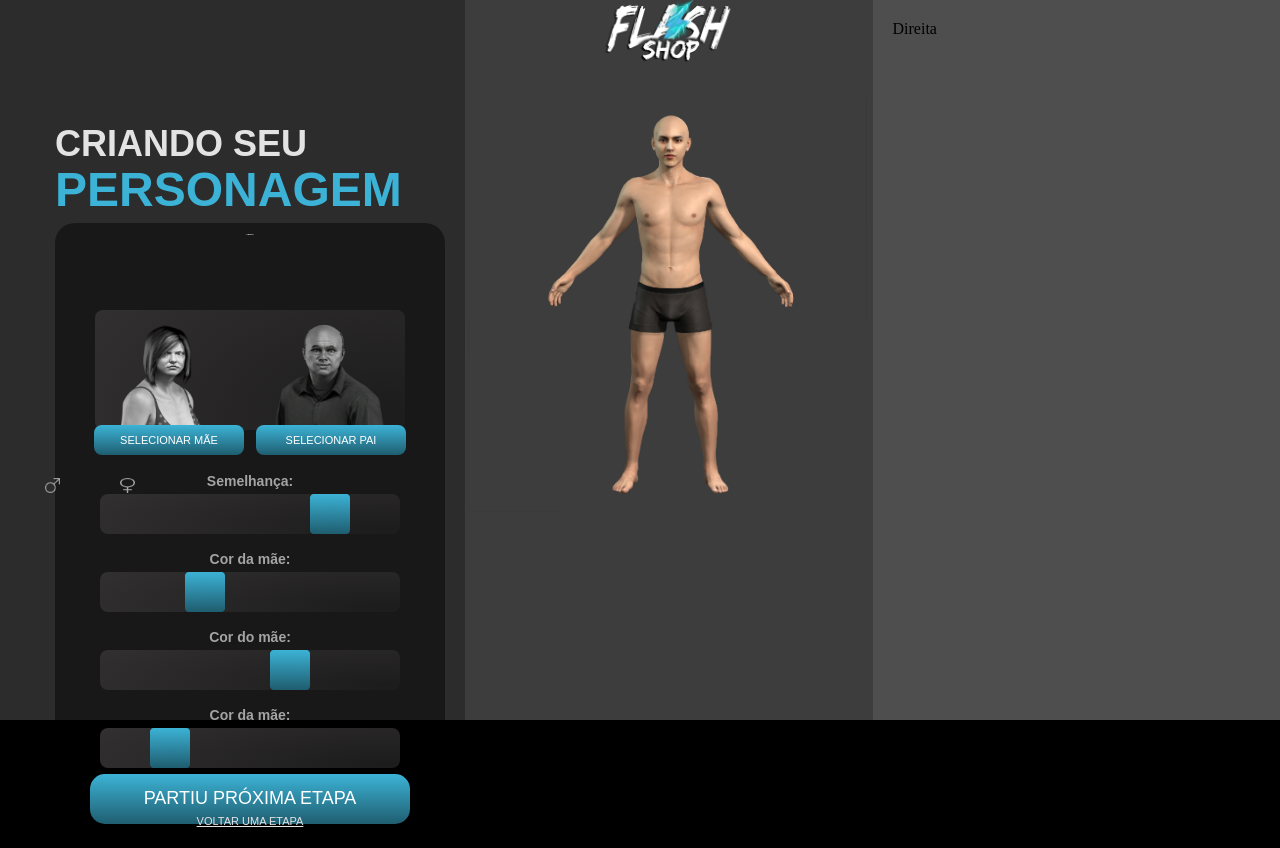
Repository: DuMCorrea/CriandoPerso
Page: index.html
An editor plug-in stored every save of this project. The page is shown before and after the next save, followed by the edit.
The browser window is 1280 px wide. The pictures show the whole page.

Above is the page before, as saved 2024-08-29 16:18:59.

After the next save:
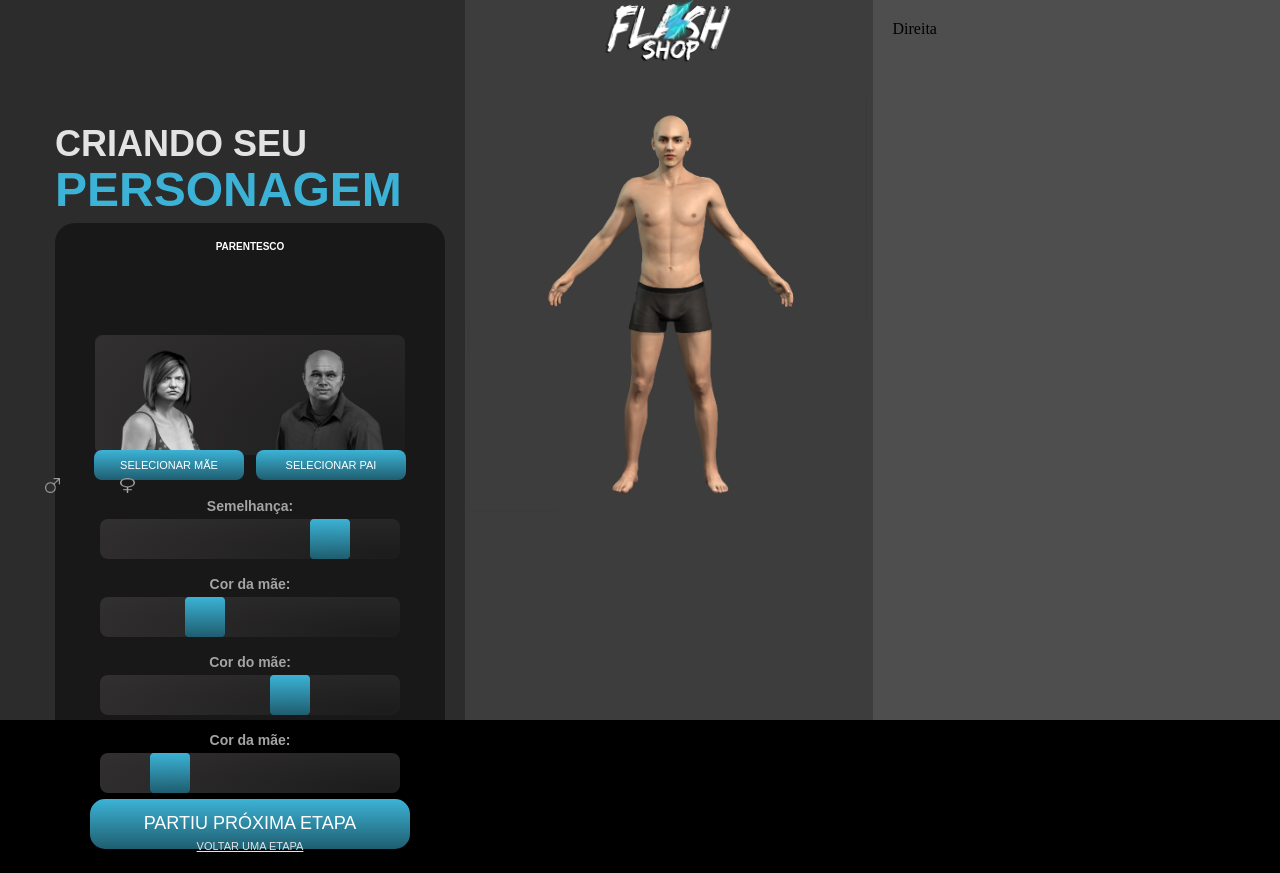
Saved 7 s later.
--- a/styles.css
+++ b/styles.css
@@ -261,7 +261,7 @@
     padding: 10px 0; /* Espaçamento interno para o título */
     border-radius: 8px 8px 0 0; /* Bordas arredondadas no topo */
     font-family: 'Baloo Bhai', sans-serif;
-    font-size: 1px; /* Tamanho do texto */
+    font-size: 10px; /* Tamanho do texto */
     font-weight: 700; /* Peso da fonte */
 }
 
